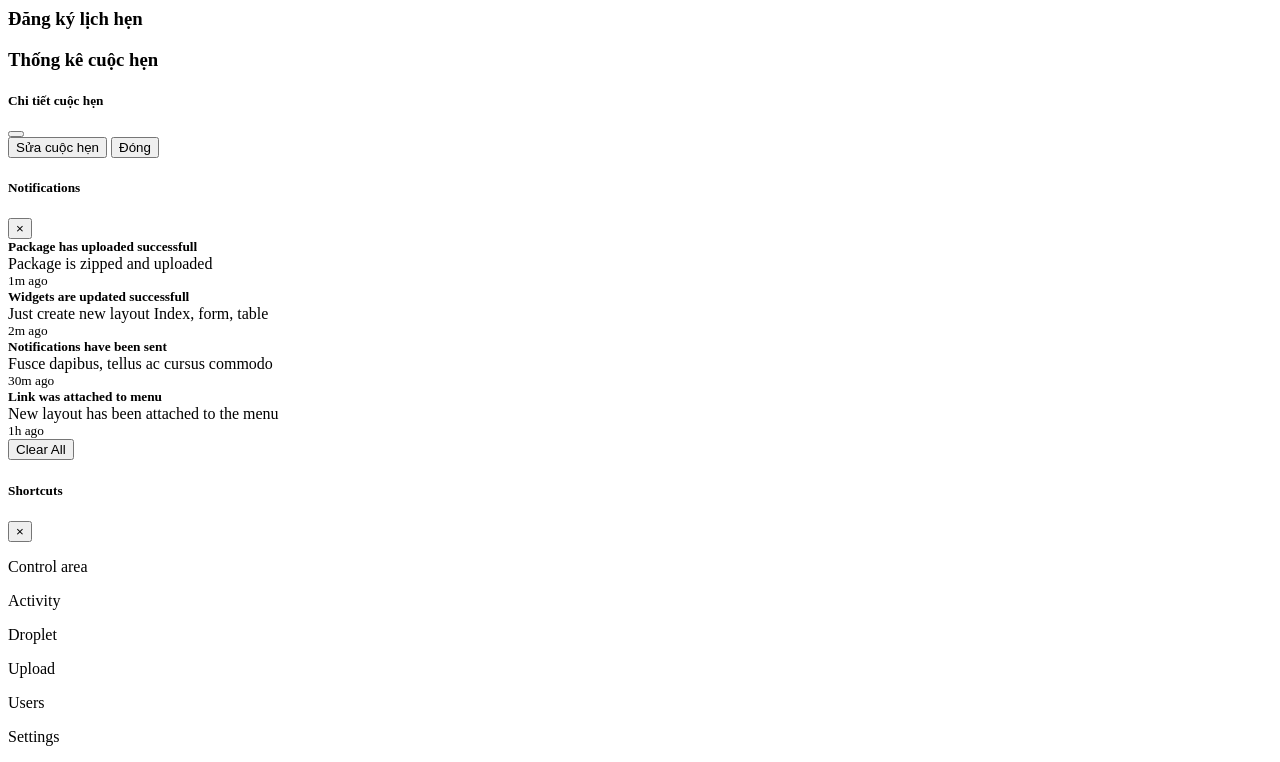
Repository: TrungAug/dentist-fe
Page: src/templates/admin-calendar.html
These files come from the project's save history. The page is drawn as it stood at one moment and after the next save; the edit follows.
The browser window is 1280 px wide. The pictures show the whole page.

Above is the page before, as saved 2024-07-08 10:34:24.

After the next save:
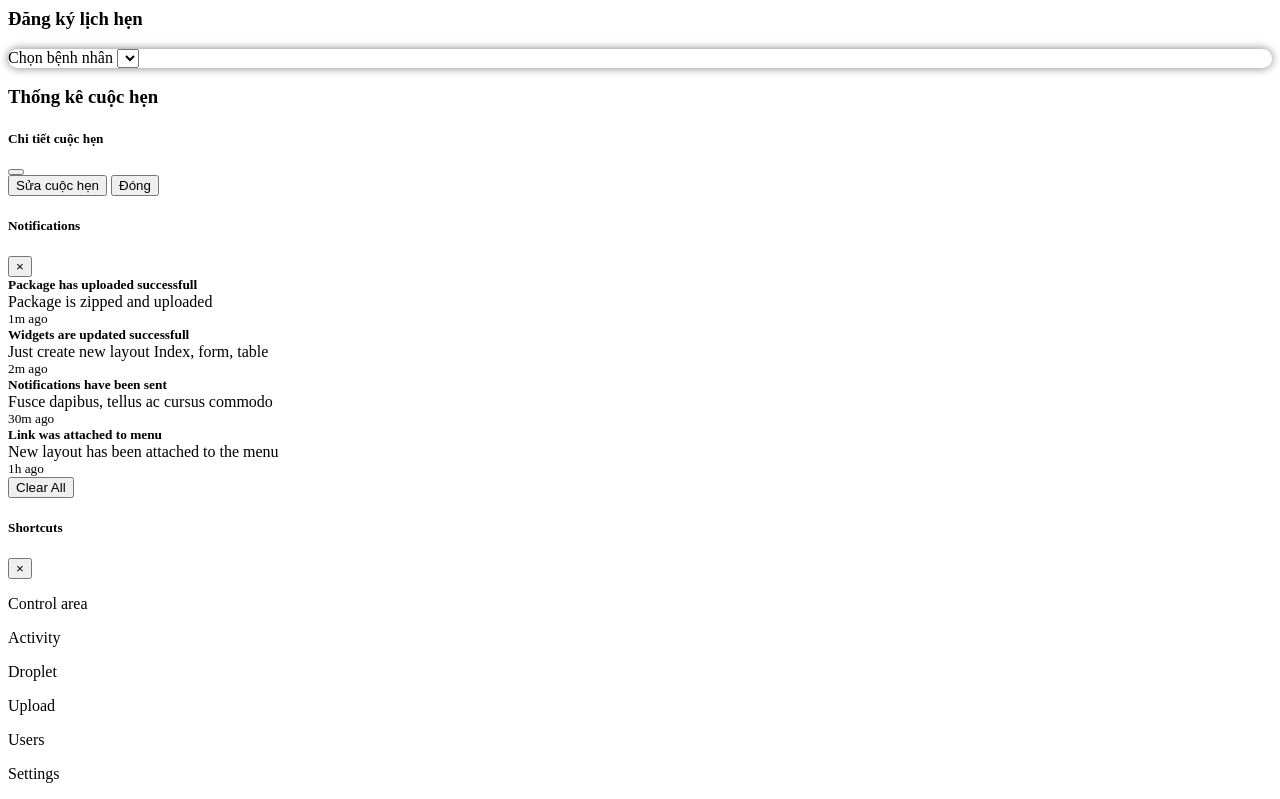
Saved 105 min 53 s later.
--- a/src/templates/admin-calendar.html
+++ b/src/templates/admin-calendar.html
@@ -11,9 +11,16 @@
           <h3 class="text-muted" id="history-pagehead">Đăng ký lịch hẹn</h3>
         </div>
         <div class="custom-hr"></div>
-        <div class="row form-booking-appointment" style="box-shadow: 0px 0px 10px rgba(0, 0, 0, 0.5); border-radius: 10px;">
+        <div class="row form-booking-appointment"
+          style="box-shadow: 0px 0px 10px rgba(0, 0, 0, 0.5); border-radius: 10px;">
           <div class="col-6">
-
+            <div class="form-group mb-3">
+              <label for="formAppointmentPatientRecordRequestPatientId">Chọn bệnh nhân</label>
+              <select id="formAppointmentPatientRecordRequestPatientId" class="form-control select2"
+                ng-model="formAppointmentPatientRecordRequest.patientId"
+                ng-options="p.patientId as (p.fullName + ' - ' + p.phoneNumber) for p in listPatientDB">
+              </select>
+            </div>
           </div>
           <div class="col-6">
 
